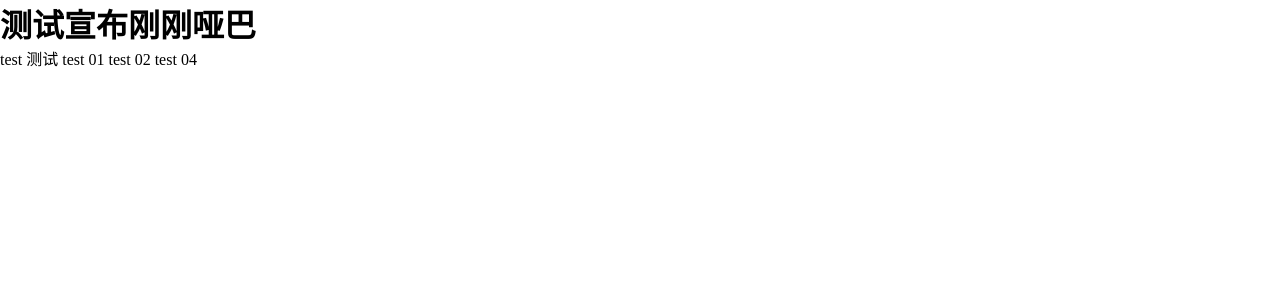
Repository: YYL-1120/project
Page: project02/login/login.html
An editor plug-in stored every save of this project. The page is shown before and after the next save, followed by the edit.
The browser window is 1280 px wide. The pictures show the whole page.

Above is the page before, as saved 2020-09-27 15:46:39.

### project02/login/login.html
<!DOCTYPE html>
<html lang="en">

<head>
    <meta charset="UTF-8">
    <meta name="viewport" content="width=device-width, initial-scale=1.0">
    <title>Document</title>
    <link rel="stylesheet" href="./login.css">
    <script src="./login.js"></script>
</head>

<body>
    <h1>测试宣布刚刚哑巴</h1>
    <span>test 测试</span>
    <span>test 01</span>
    <span>test 02</span>
    <span>test 04</span>

</body>

</html>

### project02/login/login.js
function test() {
    return alert(123)
}

Loaded but not shown: project02/login/login.css (common file)

After the next save:
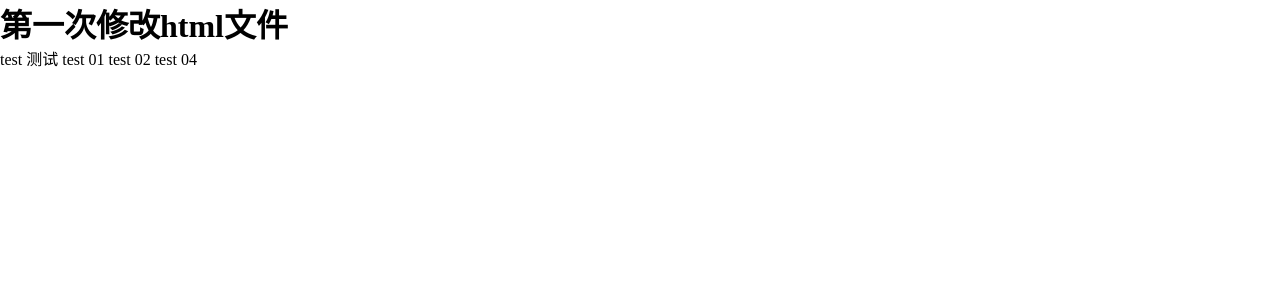
Saved 35 min 48 s later.
--- a/project02/login/login.html
+++ b/project02/login/login.html
@@ -10,7 +10,7 @@
 </head>
 
 <body>
-    <h1>测试宣布刚刚哑巴</h1>
+    <h1>第一次修改html文件</h1>
     <span>test 测试</span>
     <span>test 01</span>
     <span>test 02</span>
